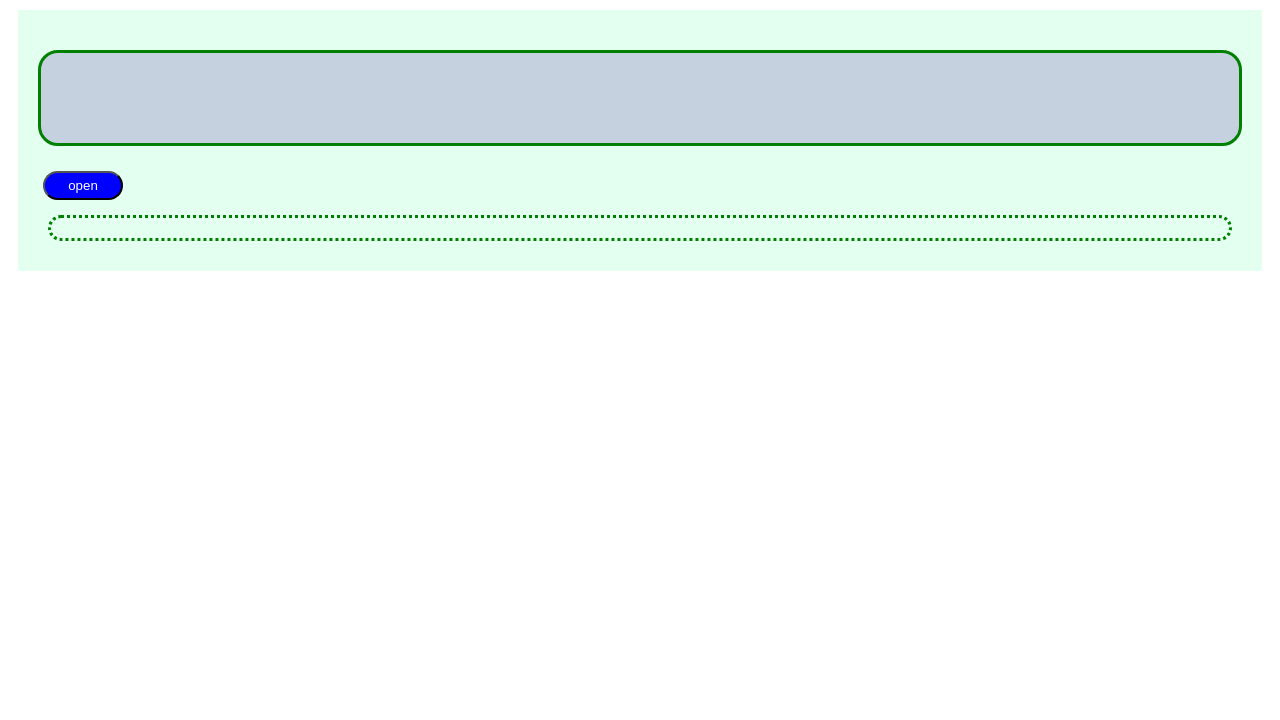
Repository: ypyp0205/jquery
Page: jqpro/WebContent/0207/clickhide.html
These files come from the project's save history. The page is drawn as it stood at one moment and after the next save; the edit follows.
The browser window is 1280 px wide. The pictures show the whole page.
After loading, the first visible `h1` was clicked once.

Above is the page before, as saved 2020-02-07 06:18:42.

### jqpro/WebContent/0207/clickhide.html
<!DOCTYPE html>
<html>
<head>
<meta charset="UTF-8">
<title>Insert title here</title>
<link rel="stylesheet" href="../CSS/mystyle.css">
<script src="../js/jquery-3.4.1.min.js" type="text/javascript"></script>
<script type="text/javascript">
	$(document).ready(function() {
		$('h1').on('click', function() {
			// 콜백함수 : 이름 없이 버튼클릭에 의해서 자동 호출 된다.
			$('h1').hide();
		})
	})
</script>
</head>
<body>

	<div class="box">
		<pre>

		</pre>
		<h1>클릭하면 사라집니다1</h1>
		<h1>클릭하면 사라집니다2</h1>
		<h1>클릭하면 사라집니다3</h1>
		<h1>클릭하면 사라집니다4</h1>
		<h1>클릭하면 사라집니다5</h1>
		<h1>클릭하면 사라집니다6</h1>
		<h1>클릭하면 사라집니다7</h1>
		<h1>클릭하면 사라집니다8</h1>
		<h1>클릭하면 사라집니다9</h1>
		<h1>클릭하면 사라집니다10</h1>
		<button id="btn1" type="button">open</button>




		<div id="result1"></div>
	</div>
</body>
</html>

### jqpro/WebContent/CSS/mystyle.css
@CHARSET "UTF-8";

pre {
	height: auto;
	background: #efffef;
	border: 3px solid green;
	font-size: 20px;
	padding: 10px;
	border-radius: 20px;
}

.box {
	background: #e3ffef;
	margin: 10px;
	height: auto;
	padding: 20px;
}

.box div {
	border: 3px dotted green;
	height: auto;
	margin: 10px;
	padding: 10px;
	border-radius: 20px;
}

.box button {
	color: white;
	background: blue;
	padding: 5px;
	margin: 5px;
	width: 80px;
	border-radius: 40px;
}

.box pre {
	padding: 15px;
	color: blue;
	background: rgb(197, 209, 222);
	line-height: 1.5em;
	font-weight: bold;
	}

Loaded but not shown: jqpro/WebContent/js/jquery-3.4.1.min.js (library)

After the next save:
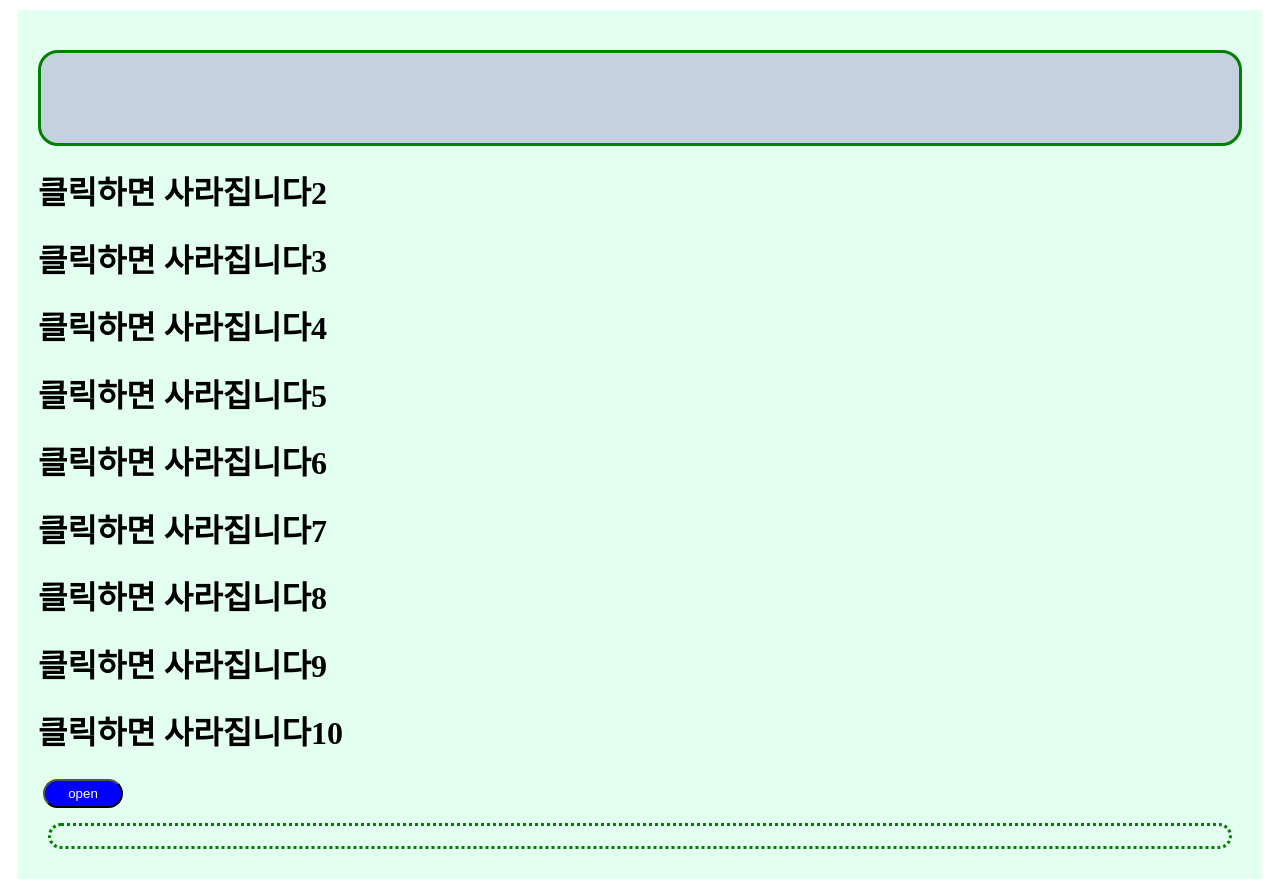
Saved 45 s later.
--- a/jqpro/WebContent/0207/clickhide.html
+++ b/jqpro/WebContent/0207/clickhide.html
@@ -9,7 +9,7 @@
 	$(document).ready(function() {
 		$('h1').on('click', function() {
 			// 콜백함수 : 이름 없이 버튼클릭에 의해서 자동 호출 된다.
-			$('h1').hide();
+			$(this).hide();
 		})
 	})
 </script>
